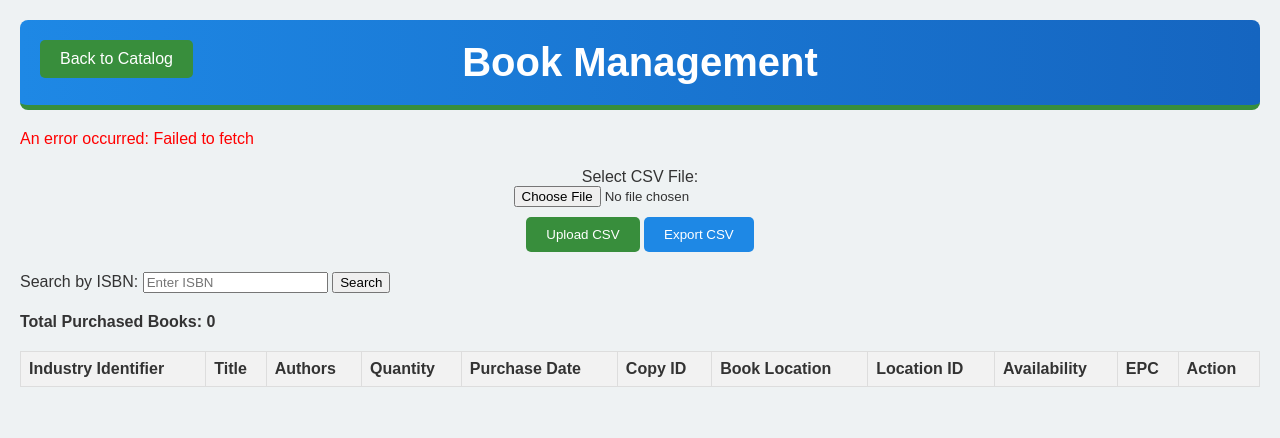
Repository: grebail/Comp-FYP
Page: public/importBook.html
These files come from the project's save history. The page is drawn as it stood at one moment and after the next save; the edit follows.
The browser window is 1280 px wide. The pictures show the whole page.
The page's requests for data from a server got no answer.

Above is the page before, as saved 2025-03-21 14:29:06.

### public/importBook.html
<!DOCTYPE html>
<html lang="en">

<head>
    <meta charset="UTF-8">
    <meta name="viewport" content="width=device-width, initial-scale=1.0">
    <title>Book Management</title>
    <style>
        body {
            font-family: 'Arial', sans-serif;
            margin: 0;
            padding: 20px;
            background-color: #eef2f3;
            color: #333;
        }

        header {
            background: linear-gradient(to right, #1e88e5, #1565c0);
            color: #fff;
            padding: 20px;
            text-align: center;
            border-bottom: 5px solid #388e3c;
            border-radius: 8px;
            position: relative;
        }

        h1 {
            margin: 0;
            font-size: 2.5em;
        }

        .back-button {
            position: absolute;
            top: 20px;
            left: 20px;
            background-color: #388e3c;
            color: white;
            border: none;
            border-radius: 5px;
            padding: 10px 20px;
            cursor: pointer;
            transition: background-color 0.3s;
            font-size: 1em;
        }

        .back-button:hover {
            background-color: #2e7d32;
        }

        .upload-container {
            margin: 20px auto;
            width: 300px;
            text-align: center;
        }

        .error-message {
            color: red;
            margin: 20px 0;
        }

        .success-message {
            color: green;
            margin: 20px 0;
        }.export-button {
            background-color: #1e88e5;
            color: white;
            border: none;
            border-radius: 5px;
            padding: 10px 20px;
            cursor: pointer;
            transition: background-color 0.3s;
            margin-top: 10px;
        }

        .export-button:hover {
            background-color: #1565c0;
        }
        .upload-button {
            background-color: #388e3c;
            color: white;
            border: none;
            border-radius: 5px;
            padding: 10px 20px;
            cursor: pointer;
            transition: background-color 0.3s;
            margin-top: 10px;
        }

        .upload-button:hover {
            background-color: #2e7d32;
        }

        .book-table {
            margin-top: 20px;
            width: 100%;
            border-collapse: collapse;
        }

        .book-table th,
        .book-table td {
            border: 1px solid #ddd;
            padding: 8px;
            text-align: left;
        }

        .book-table th {
            background-color: #f2f2f2;
        }

        .quantity-column {
            text-align: center;
        }

        .copy-row {
            background-color: #f9f9f9;
        }

        .save-button,
        .delete-button {
            background-color: #1976d2;
            color: white;
            border: none;
            border-radius: 5px;
            padding: 5px 10px;
            cursor: pointer;
            transition: background-color 0.3s;
        }

        .save-button:hover {
            background-color: #1565c0;
        }

        .delete-button {
            background-color: #d32f2f;
        }

        .delete-button:hover {
            background-color: #c62828;
        }

        .generate-button {
            background-color: #388e3c;
            color: white;
            border: none;
            border-radius: 5px;
            padding: 5px 10px;
            cursor: pointer;
            transition: background-color 0.3s;
        }

        .generate-button:hover {
            background-color: #2e7d32;
        }

        .total-count {
            margin: 20px 0;
            font-weight: bold;
        }
    </style>
</head>

<body>

    <header>
        <button class="back-button" id="backToCatalogButton">Back to Catalog</button>
        <h1>Book Management</h1>
    </header>

    <div id="errorMessage" class="error-message"></div>
    <div id="successMessage" class="success-message"></div>

    <div class="upload-container">
        <label for="csvFile">Select CSV File:</label>
        <input type="file" id="csvFile" accept=".csv" aria-label="CSV file input" />
        <button class="upload-button" id="uploadButton">Upload CSV</button>
        <button class="export-button" id="exportButton">Export CSV</button>

    </div>
<div class="search-container">
    <label for="searchInput">Search by ISBN:</label>
    <input type="text" id="searchInput" placeholder="Enter ISBN" />
    <button onclick="searchByISBN()">Search</button>
</div>
    <div id="totalCount" class="total-count">Total Purchased Books: <span id="bookCount">0</span></div>

    <table id="bookTable" class="book-table">
        <thead>
            <tr>
                <th>Industry Identifier</th>
                <th>Title</th>
                <th>Authors</th>
                <th>Quantity</th>
                <th>Purchase Date</th>
                <th>Copy ID</th>
                <th>Book Location</th>
                <th>Location ID</th>
                <th>Availability</th>
                <th>EPC</th>
                <th>Action</th>
            </tr>
        </thead>
        <tbody id="bookTableBody"></tbody>
    </table>

    <script>

        // Function to update locationId in the database for a specific copy
        async function updateLocationId(copyId, locationId) {
            try {
                console.log("Updating locationId for copy:", { copyId, locationId }); // Debug the inputs

                const response = await fetch(`/api/updateLocationId/${copyId}`, {
                    method: 'PUT',
                    headers: { 'Content-Type': 'application/json' },
                    body: JSON.stringify({ locationId }),
                });

                if (!response.ok) {
                    const error = await response.json();
                    console.error("Error response from API:", error); // Log the error response
                    throw new Error(error.error || 'Failed to update locationId.');
                }

                console.log(`LocationId updated successfully: ${locationId}`);
            } catch (error) {
                console.error('Error updating locationId:', error.message);
            }
        }
//export button

        document.getElementById('exportButton').addEventListener('click', async () => {
            try {
                const response = await fetch('/api/exportBooks', { method: 'GET' });

                if (!response.ok) {
                    throw new Error('Failed to export books.');
                }

                const blob = await response.blob();
                const url = URL.createObjectURL(blob);

                const link = document.createElement('a');
                link.href = url;
                link.download = 'purchases.csv';
                document.body.appendChild(link);
                link.click();
                document.body.removeChild(link);
            } catch (error) {
                displayError('Error exporting CSV: ' + error.message);
            }
        });
        document.getElementById('uploadButton').addEventListener('click', async () => {
            const fileInput = document.getElementById('csvFile');
            const file = fileInput.files[0];

            if (!file) {
                displayError('Please select a CSV file.');
                return;
            }

            const formData = new FormData();
            formData.append('file', file);

            try {
                const response = await fetch('/api/importBooks', { method: 'POST', body: formData });

                if (!response.ok) {
                    const error = await response.json();
                    displayError(error.error || 'Failed to upload CSV.');
                    return;
                }

                displaySuccess('Books uploaded successfully!');
                fetchAllPurchases(); // Fetches and displays the updated data
            } catch (error) {
                displayError('Error uploading CSV: ' + error.message);
            }
        });

        async function fetchAllPurchases() {
            try {
                const response = await fetch('/api/allPurchases', { method: 'GET' });

                if (!response.ok) {
                    const errorData = await response.json();
                    displayError(errorData.error || 'Failed to fetch purchases.');
                    return;
                }

                const purchases = await response.json();
                displayBooks(purchases);
                updateBookCount(purchases.length);
            } catch (error) {
                displayError('An error occurred: ' + error.message);
            }
        }


        function displayBooks(purchases) {
            const tableBody = document.getElementById('bookTableBody');
            tableBody.innerHTML = '';

            if (purchases.length === 0) {
                tableBody.innerHTML = `<tr><td colspan="11" style="text-align: center;">No books available</td></tr>`;
                return;
            }

            purchases.forEach((purchase) => {
                const bookRow = document.createElement('tr');
                bookRow.innerHTML = `
                    <td>${purchase.industryIdentifier.join(', ') || 'N/A'}</td>
                    <td>${purchase.title || 'Unknown Title'}</td>
                    <td>${purchase.authors.join(', ') || 'Unknown Author'}</td>
                    <td class="quantity-column">${purchase.quantity || 0}</td>
                    <td>${new Date(purchase.purchaseDate).toLocaleDateString()}</td>
                    <td colspan="6"></td>
                `;
                tableBody.appendChild(bookRow);

                purchase.copies.forEach((copy) => {
                    const copyRow = document.createElement('tr');
                    copyRow.classList.add('copy-row');
                    copyRow.innerHTML = `
                        <td colspan="5"></td>
                        <td><input type="text" value="${copy.copyId || ''}" class="copy-id" /></td>
                        <td>
                            <select class="book-location">
                                <option value="Stanley Ho Library" ${
                                    copy.bookLocation === 'Stanley Ho Library' ? 'selected' : ''
                                }>Stanley Ho Library</option>
                                <option value="Ho Sik Yee Library" ${
                                    copy.bookLocation === 'Ho Sik Yee Library' ? 'selected' : ''
                                }>Ho Sik Yee Library</option>
                            </select>
                        </td>
                        <td>
                            <input type="text" value="${copy.locationId || ''}" class="location-id" disabled />
                        </td>
                        <td><input type="checkbox" ${copy.availability ? 'checked' : ''} class="availability" /></td>
                        <td><input type="text" value="${copy.epc || ''}" class="epc" /></td>
                        <td>
                            <button class="save-button" onclick="saveChanges('${copy._id}', this)">Save</button>
                            <button class="delete-button" onclick="deleteCopy('${copy._id}')">Delete</button>
                        </td>
                    `;
                    tableBody.appendChild(copyRow);
                });
            });
        }
        function saveChanges(copyId, button) {
            const row = button.closest('tr');

            const updatedData = {
                copyId: row.querySelector('.copy-id').value,
                bookLocation: row.querySelector('.book-location').value,
                availability: row.querySelector('.availability').checked,
                epc: row.querySelector('.epc').value
            };

            fetch(`/api/editBookCopy/${copyId}`, {
                method: 'PUT',
                headers: { 'Content-Type': 'application/json' },
                body: JSON.stringify(updatedData)
            })
                .then(response => {
                    if (!response.ok) {
                        return response.json().then(error => {
                            throw new Error(error.message || 'Failed to save changes.');
                        });
                    }
                    return response.json();
                })
                .then(() => {
                    alert('Changes saved successfully!');
                    fetchAllPurchases();
                })
                .catch(error => {
                    alert('Error saving changes: ' + error.message);
                });
        }

        function deleteCopy(copyId) {
            if (!confirm('Are you sure you want to delete this copy?')) return;

            fetch(`/api/deleteCopy/${copyId}`, { method: 'DELETE' })
                .then(response => {
                    if (!response.ok) {
                        return response.json().then(error => {
                            throw new Error(error.message || 'Failed to delete copy.');
                        });
                    }
                    alert('Copy deleted successfully!');
                    fetchAllPurchases();
                })
                .catch(error => {
                    alert('Error deleting copy: ' + error.message);
                });
        }

        function displayError(message) {
            document.getElementById('errorMessage').textContent = message;
            document.getElementById('successMessage').textContent = '';
        }

        function displaySuccess(message) {
            document.getElementById('successMessage').textContent = message;
            document.getElementById('errorMessage').textContent = '';
        }

        function updateBookCount(count) {
            document.getElementById('bookCount').textContent = count;
        }

        document.getElementById('backToCatalogButton').addEventListener('click', () => {
            const urlParams = new URLSearchParams(window.location.search);
            const userId = urlParams.get('userid');

            if (userId) {
                window.location.href = `http://localhost:10000/books-catalog.html?userid=${userId}`;
            } else {
                alert('User ID is missing in the URL.');
            }
        });
        function searchByISBN() {
            const searchInput = document.getElementById('searchInput').value.trim();
            if (!searchInput) {
                displayError('Please enter an ISBN to search.');
                return;
            }

            fetch('/api/allPurchases', { method: 'GET' })
                .then((response) => {
                    if (!response.ok) {
                        throw new Error('Failed to fetch purchases.');
                    }
                    return response.json();
                })
                .then((purchases) => {
                    const filteredPurchases = purchases.filter((purchase) =>
                        purchase.industryIdentifier.includes(searchInput)
                    );

                    if (filteredPurchases.length === 0) {
                        displayError('No records found with the given ISBN.');
                    } else {
                        displayBooks(filteredPurchases);
                        displaySuccess(`Found ${filteredPurchases.length} record(s) with ISBN: ${searchInput}`);
                    }
                })
                .catch((error) => {
                    console.error('Error searching records:', error.message);
                    displayError('Error searching records: ' + error.message);
                });
        }
        window.onload = fetchAllPurchases;
    </script>

</body>

</html>

After the next save:
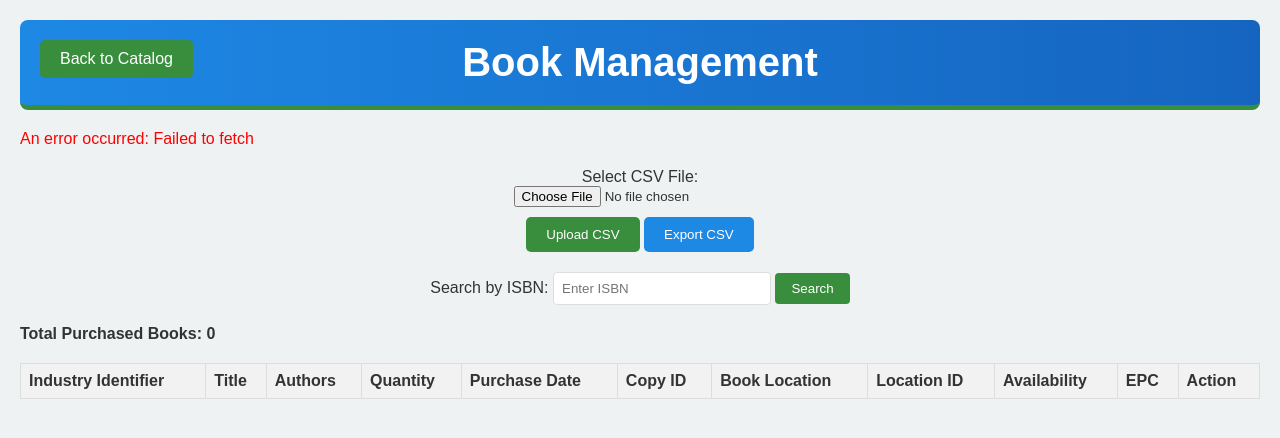
Saved 17 s later.
--- a/public/importBook.html
+++ b/public/importBook.html
@@ -155,6 +155,31 @@
         .total-count {
             margin: 20px 0;
             font-weight: bold;
+        }
+        .search-container {
+            margin: 20px auto;
+            text-align: center;
+        }
+
+        #searchInput {
+            padding: 8px;
+            width: 200px;
+            border: 1px solid #ddd;
+            border-radius: 4px;
+        }
+
+        .search-container button {
+            padding: 8px 16px;
+            background-color: #388e3c;
+            color: white;
+            border: none;
+            border-radius: 4px;
+            cursor: pointer;
+            transition: background-color 0.3s;
+        }
+
+        .search-container button:hover {
+            background-color: #2e7d32;
         }
     </style>
 </head>
